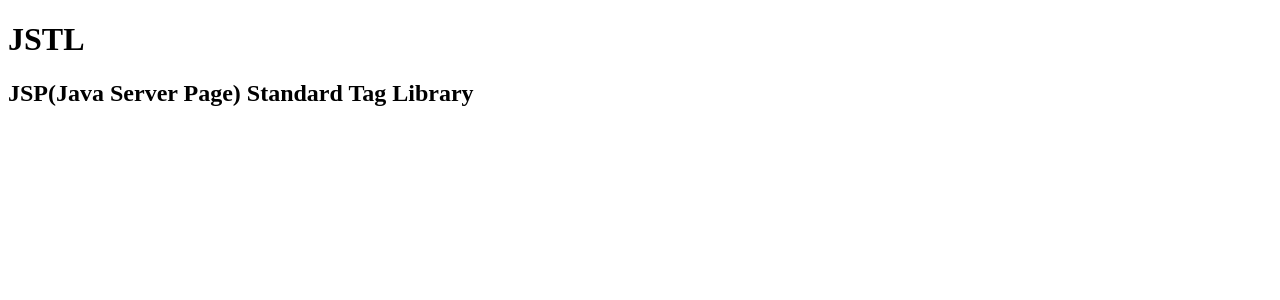
Repository: ljh5973/labweb
Page: http://localhost/JSP04/01_jstl.jsp
The author's editor kept a copy of each file at every save. The page is drawn from the files as they stood at one save, then again after the next save.
The browser window is 1280 px wide. The pictures show the whole page.
The page is served by Tomcat 9.

Above is the page before, as saved 2022-01-11 01:22:29.

After the next save:
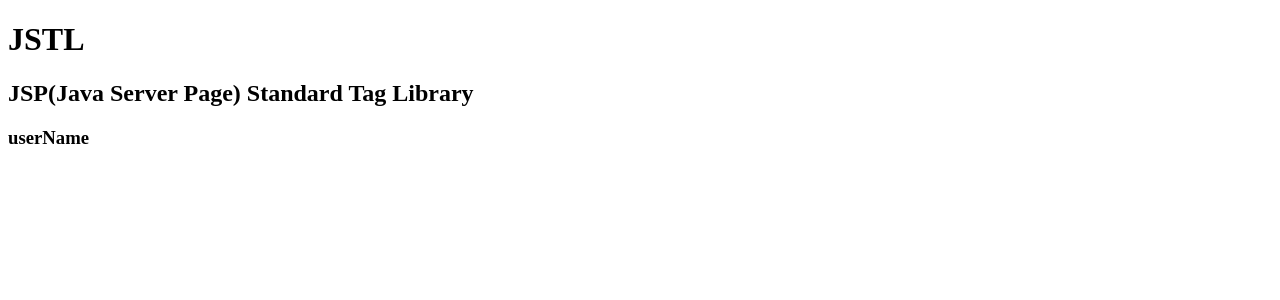
Saved 32 s later.
--- a/JSP04/webapp/01_jstl.jsp
+++ b/JSP04/webapp/01_jstl.jsp
@@ -14,5 +14,8 @@
 	<h2>JSP(Java Server Page) Standard Tag Library</h2>
 
 	<c:set var="userName" value="관리자"></c:set>
+	<h3>
+		<c:out value="userName"></c:out>
+	</h3>
 	</body>
 </html>
